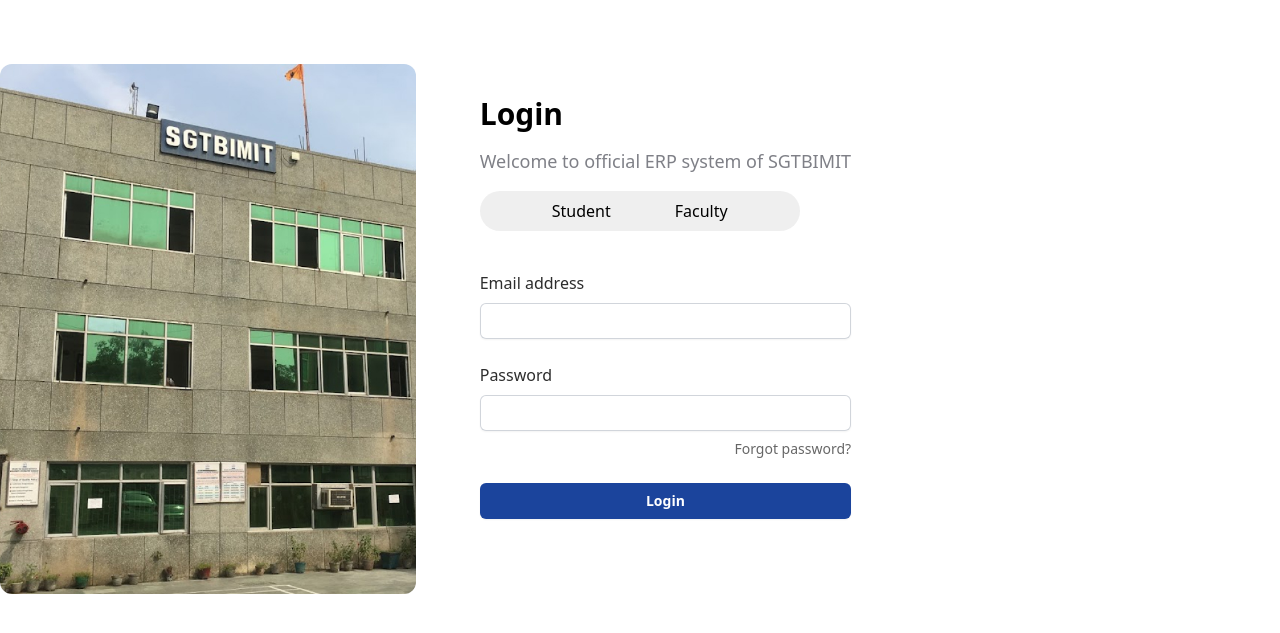
Repository: SehajBindra/SGTBIMIT-ERP-Client
Page: /StudentLogin
An editor plug-in stored every save of this project. The page is shown before and after the next save, followed by the edit.
The browser window is 1280 px wide. The pictures show the whole page.
The project was rebuilt for these pictures with package versions that can differ from the ones it lists, and the page was loaded fresh each time. Also part of the build but not shown: src/LOGIN/Login.js, src/LOGIN/FACULTY/FacultyLogin.js, src/STUDENT_PAGE/StuBody.js, src/STUDENT_PAGE/StuSidebar.js, src/STUDENT_PAGE/StuHeader.js, src/STUDENT_PAGE/StudentHome.js, src/FACULTY_PAGE/FacBody.js, src/FACULTY_PAGE/FacHeader.js and 2 more.

Above is the page before, as saved 2023-05-14 16:28:21.

After the next save:
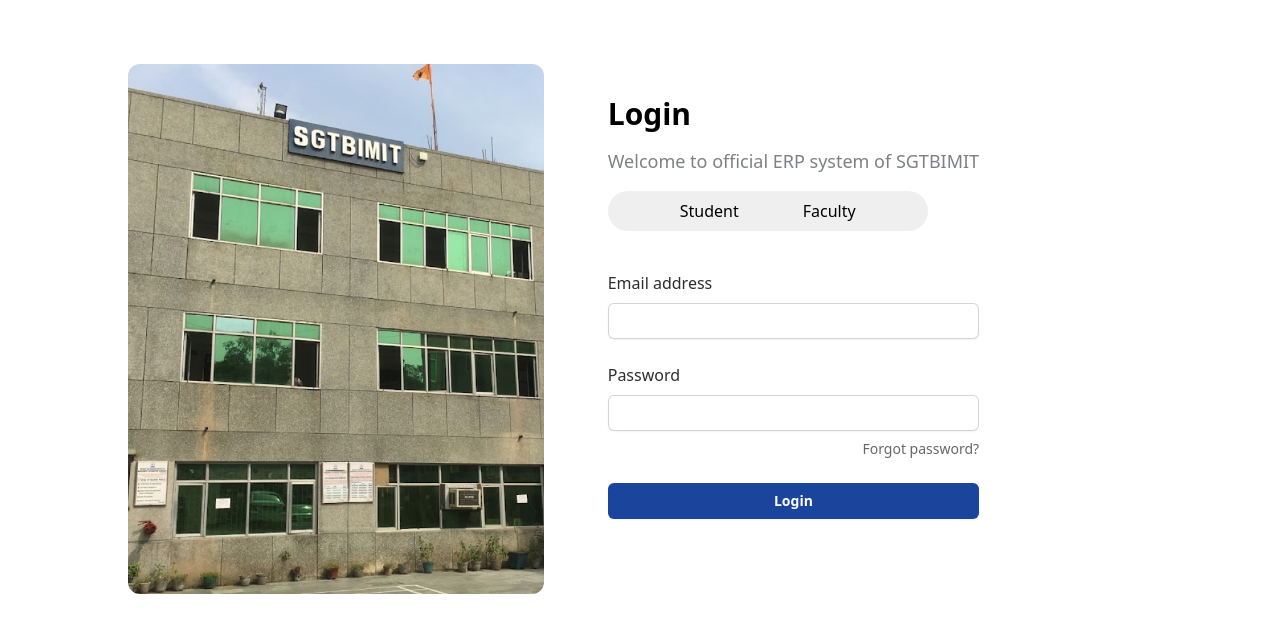
Saved 11 s later.
--- a/src/LOGIN/STUDENT/StudentLogin.js
+++ b/src/LOGIN/STUDENT/StudentLogin.js
@@ -16,7 +16,7 @@
   }, []);
 
   return (
-    <div className=" flex flex-row h-[530px] my-16 max-w-5xl ">
+    <div className=" flex flex-row h-[530px] my-16 max-w-5xl mx-auto ">
       <div className=" flex-col flex  ">
         <img
           className="hidden md:inline h-[530px] object-cover rounded-xl"
